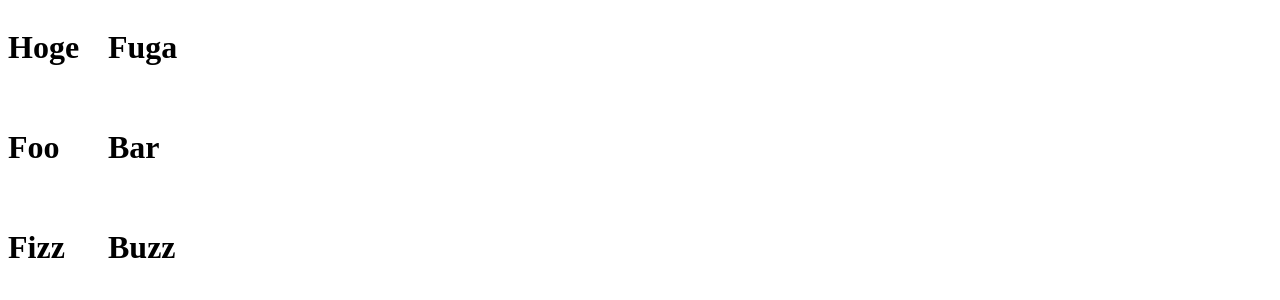
Repository: nekonoko114/samurai_HTML-CSS
Page: images/index.html
The author's editor kept a record of every edit. The page is drawn from the files as they stood at one moment, then again after the next edit.
The browser window is 1280 px wide. The pictures show the whole page.

Above is the page before.

### images/index.html
<!DOCTYPE html>
<html lang="en">
<head>
      <meta charset="UTF-8">
      <meta name="viewport" content="width=device-width, initial-scale=1.0">
      <meta http-equiv="X-UA-Compatible" content="ie=edge">
      <title>Document</title>
      <style>
            #grid {
                  display :grid;
                  grid-template-columns : 100px 100px;
                  grid-template-rows : 100px 100px 100px;
            }
      </style>
</head>
<body>
      <div id="grid">
            <h1>Hoge</h1>
            <h1>Fuga</h1>
            <h1>Foo</h1>
            <h1>Bar</h1>
            <h1>Fizz</h1>
            <h1>Buzz</h1>
      </div>
</body>
</html>

After the next edit:
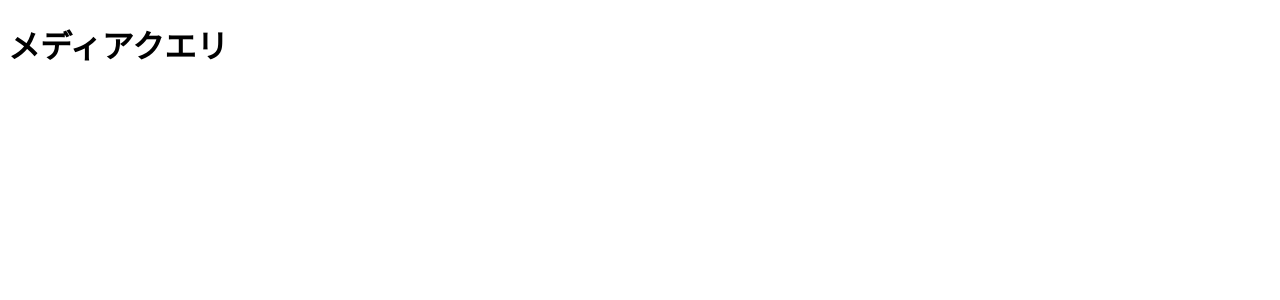
The edit:
--- a/images/index.html
+++ b/images/index.html
@@ -14,13 +14,8 @@
       </style>
 </head>
 <body>
-      <div id="grid">
-            <h1>Hoge</h1>
-            <h1>Fuga</h1>
-            <h1>Foo</h1>
-            <h1>Bar</h1>
-            <h1>Fizz</h1>
-            <h1>Buzz</h1>
+      <div class="media">
+            <h1>メディアクエリ</h1>
       </div>
 </body>
 </html>
